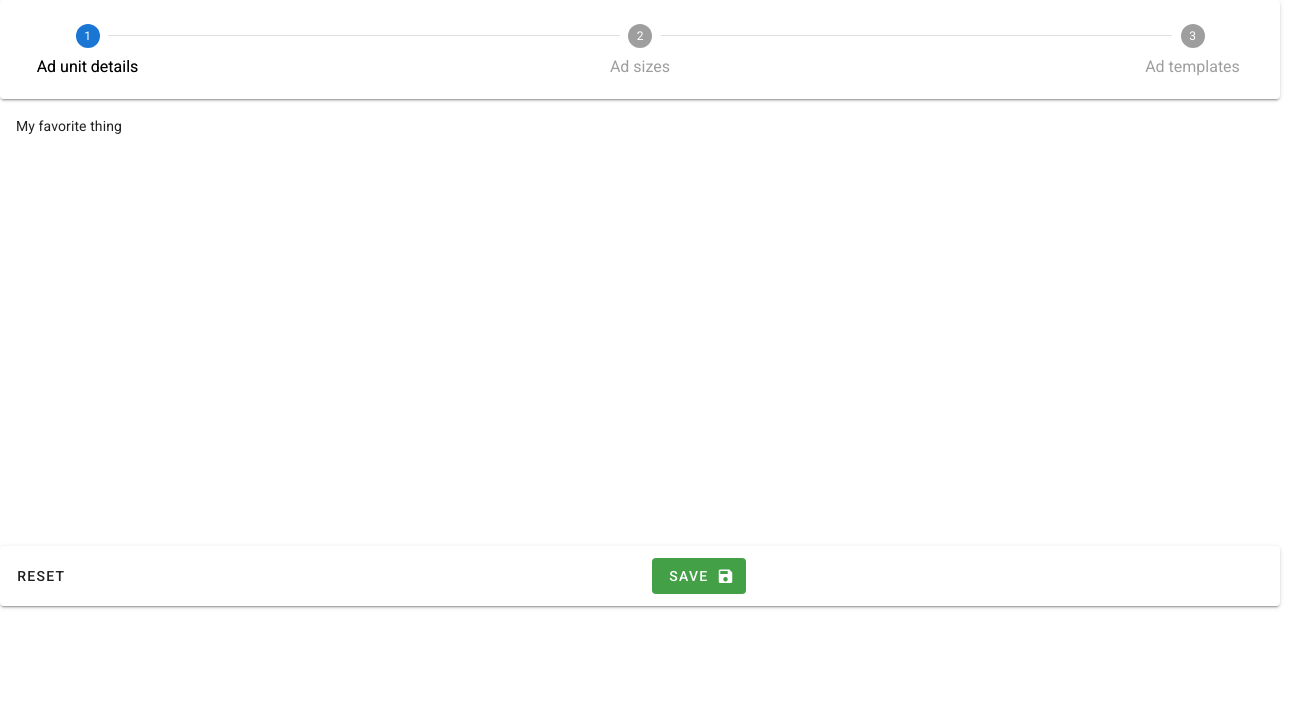
Repository: SidneyHodieb/myc
Page: /addsource
The author's editor kept a copy of each file at every save. The page is drawn from the files as they stood at one save, then again after the next save.
The browser window is 1280 px wide. The page is 1292 px wide, so the pictures cover 1292 px, including what lies to the right of the window. The pictures show the whole page.
The project was rebuilt for these pictures with package versions that can differ from the ones it lists, and the page was loaded fresh each time. Also part of the build but not shown: vue.config.js, src/views/Home.vue, src/views/addSource/components/format.vue, src/views/addSource/components/card.vue, src/views/addSource/components/trigger.vue.

Above is the page before, as saved 2021-04-03 19:17:59.

After the next save:
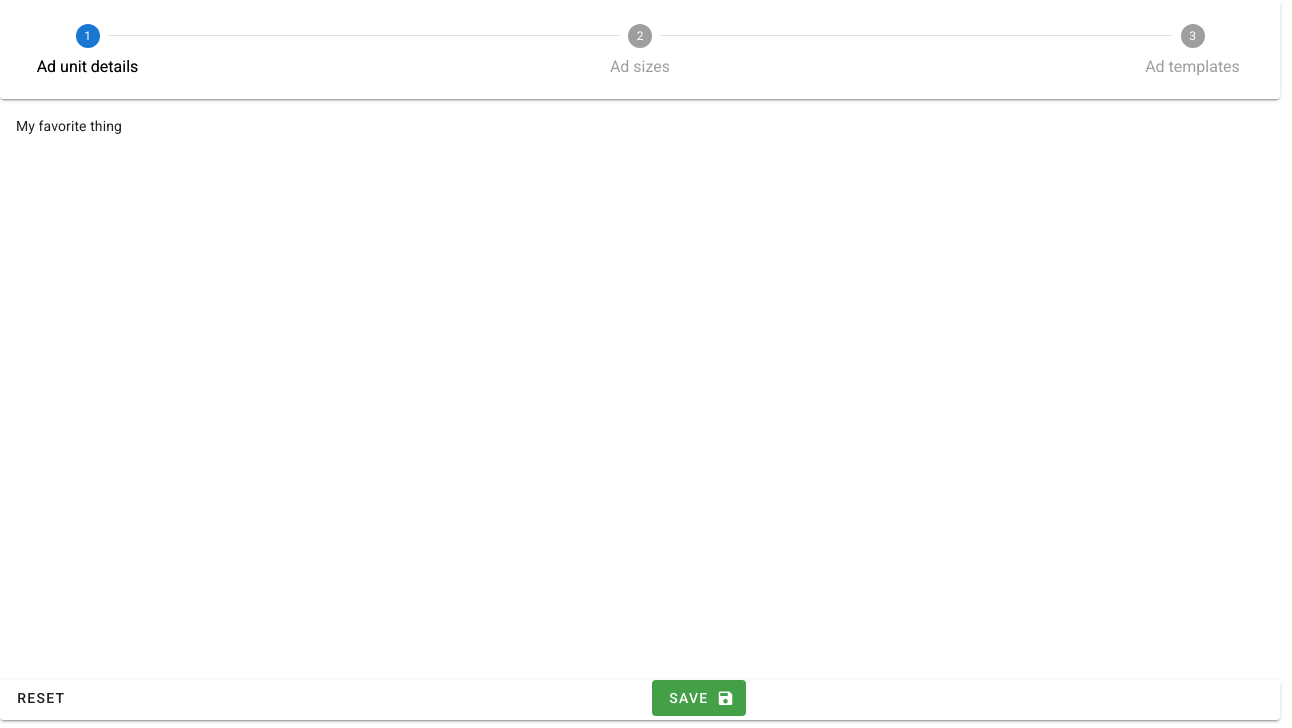
Saved 2 min 26 s later.
--- a/src/views/addSource/column.vue
+++ b/src/views/addSource/column.vue
@@ -51,7 +51,10 @@
         </v-col>
       </v-row> -->
 
-<v-card style="margin-top:405px">
+<v-card style="position: absolute;
+  bottom: 0;
+  width: 100%;
+  height: 2.5rem; ">
 
     <v-row>
        <v-col >
